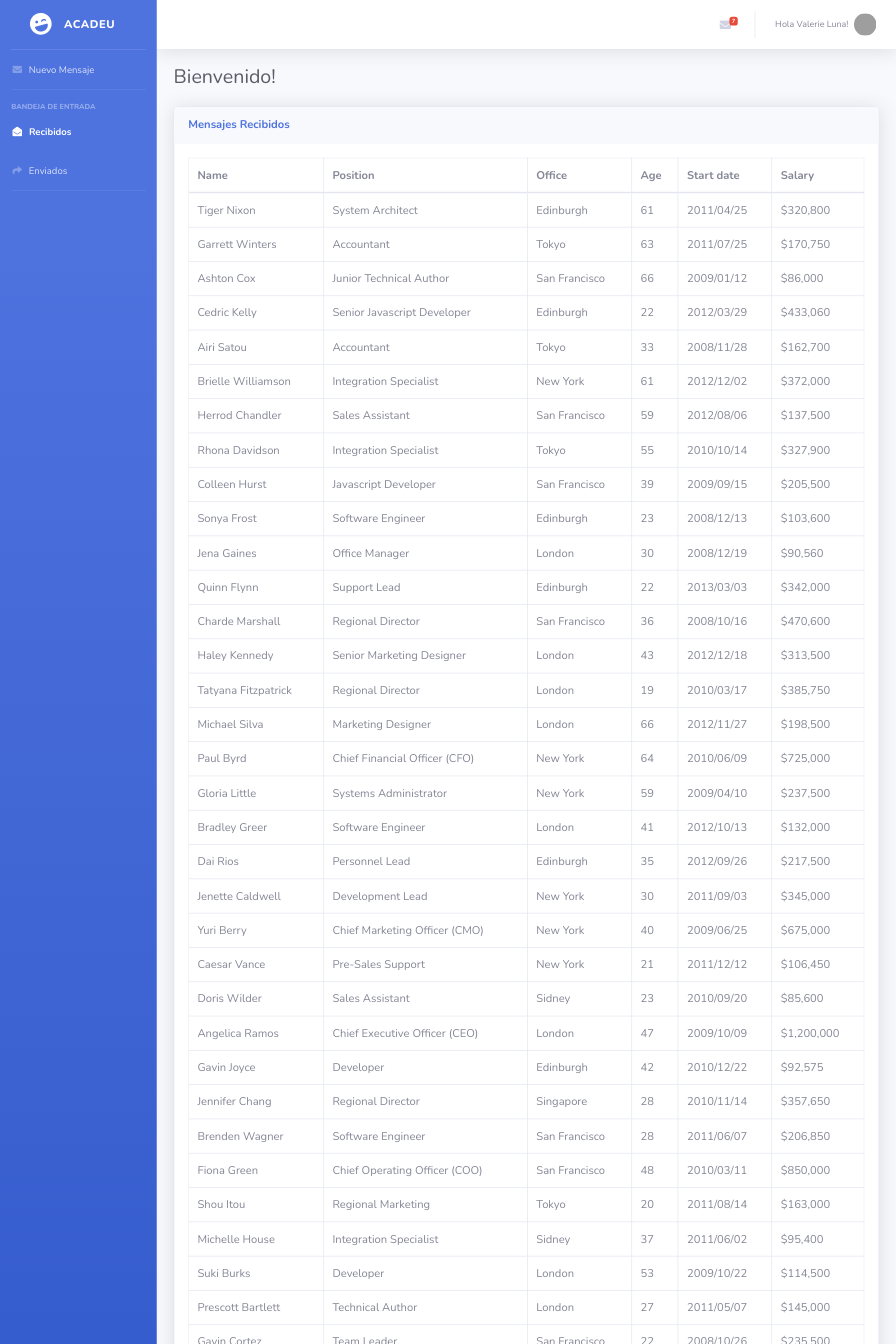
Repository: nicolask92/spring_java_test
Page: http://localhost/index
An editor plug-in stored every save of this project. The page is shown before and after the next save, followed by the edit.
The browser window is 1280 px wide. The pictures show the part of the page from y = 0 to 1920 px (the page is 3256 px tall before and 1033 px after), at 70% of full size.
Pictures or frames that could not be fetched are drawn as grey boxes. The page is this project's Thymeleaf template; nobody is signed in. Other server files are loaded and not shown. The template is opened directly, without the code that normally fills it, so the values that code supplies are empty.

Above is the page before, as saved 2020-06-13 20:23:20.

### spring-tutorial/src/main/resources/templates/index.html
<!DOCTYPE html>
<html xmlns:th="http://www.thymleaf.org">
<head>
<meta charset="utf-8" />
<meta http-equiv="X-UA-Compatible" content="IE=edge" />
<meta name="viewport"
	content="width=device-width, initial-scale=1, shrink-to-fit=no" />
<meta name="description" content="" />
<meta name="author" content="Nicolas Kloster" />

<title>Bandeja de Entrada</title>

<!-- Custom fonts for this template-->
<link th:href="@{/vendor/fontawesome-free/css/all.min.css}"
	rel="stylesheet" type="text/css" />
<link
	href="https://fonts.googleapis.com/css?family=Nunito:200,200i,300,300i,400,400i,600,600i,700,700i,800,800i,900,900i"
	rel="stylesheet" />

<!-- Custom styles for this template-->
<link th:href="@{/css/sb-admin-2.min.css}" rel="stylesheet" />

<!-- Custom styles for this page -->
<link th:href="@{/vendor/datatables/dataTables.bootstrap4.min.css}"
	rel="stylesheet">
</head>
<body id="page-top">

	<!-- Page Wrapper -->
	<div id="wrapper">

		<!-- Sidebar -->
		<ul
			class="navbar-nav bg-gradient-primary sidebar sidebar-dark accordion"
			id="accordionSidebar">

			<!-- Sidebar - Brand -->
			<a
				class="sidebar-brand d-flex align-items-center justify-content-center"
				href="index.html">
				<div class="sidebar-brand-icon rotate-n-15">
					<i class="fas fa-laugh-wink"></i>
				</div>
				<div class="sidebar-brand-text mx-3">Acadeu</div>
			</a>

			<!-- Divider -->
			<hr class="sidebar-divider my-0">

			<!-- Nuevo Mensaje-->
			<li class="nav-item"><a class="nav-link" href="index.html">
					<i class="fas fa-fw fa-envelope"></i> <span>Nuevo Mensaje</span>
			</a></li>

			<!-- Divider -->
			<hr class="sidebar-divider">

			<!-- Titulo Mensajes Barra Lateral -->
			<div class="sidebar-heading">Bandeja de Entrada</div>

			<!-- Recibidos y Enviados -->
			<li class="nav-item active"><a class="nav-link" href="#"> <i
					class="fas fa-fw fa-envelope-open"></i> <span>Recibidos</span>
			</a></li>


			<li class="nav-item"><a class="nav-link collapsed" href="#">
					<i class="fas fa-fw fa-share"></i> <span>Enviados</span>
			</a></li>

			<!-- Divider -->
			<hr class="sidebar-divider">


		</ul>
		<!-- End of Sidebar -->

		<!-- Content Wrapper -->
		<div id="content-wrapper" class="d-flex flex-column">

			<!-- Main Content -->
			<div id="content">

				<!-- Topbar -->
				<nav
					class="navbar navbar-expand navbar-light bg-white topbar mb-4 static-top shadow">

					<!-- Sidebar Toggle (Topbar) -->
					<button id="sidebarToggleTop"
						class="btn btn-link d-md-none rounded-circle mr-3">
						<i class="fa fa-bars"></i>
					</button>


					<!-- Topbar Navbar -->
					<ul class="navbar-nav ml-auto">


						<!-- Alertas Mensajes-->

						<li class="nav-item dropdown no-arrow mx-1"><a
							class="nav-link dropdown-toggle" href="#" id="messagesDropdown"
							role="button" data-toggle="dropdown" aria-haspopup="true"
							aria-expanded="false"> <i class="fas fa-envelope fa-fw"></i>
								<!-- Counter - Messages --> <span
								class="badge badge-danger badge-counter">7</span>
						</a> <!-- Dropdown - Messages -->
							<div
								class="dropdown-list dropdown-menu dropdown-menu-right shadow animated--grow-in"
								aria-labelledby="messagesDropdown">
								<h6 class="dropdown-header">Message Center</h6>
								<a class="dropdown-item d-flex align-items-center" href="#">
									<div class="dropdown-list-image mr-3">
										<img class="rounded-circle"
											src="https://source.unsplash.com/fn_BT9fwg_E/60x60" alt="">
										<div class="status-indicator bg-success"></div>
									</div>
									<div class="font-weight-bold">
										<div class="text-truncate">Hi there! I am wondering if
											you can help me with a problem I've been having.</div>
										<div class="small text-gray-500">Emily Fowler · 58m</div>
									</div>
								</a> <a class="dropdown-item d-flex align-items-center" href="#">
									<div class="dropdown-list-image mr-3">
										<img class="rounded-circle"
											src="https://source.unsplash.com/AU4VPcFN4LE/60x60" alt="">
										<div class="status-indicator"></div>
									</div>
									<div>
										<div class="text-truncate">I have the photos that you
											ordered last month, how would you like them sent to you?</div>
										<div class="small text-gray-500">Jae Chun · 1d</div>
									</div>
								</a> <a class="dropdown-item d-flex align-items-center" href="#">
									<div class="dropdown-list-image mr-3">
										<img class="rounded-circle"
											src="https://source.unsplash.com/CS2uCrpNzJY/60x60" alt="">
										<div class="status-indicator bg-warning"></div>
									</div>
									<div>
										<div class="text-truncate">Last month's report looks
											great, I am very happy with the progress so far, keep up the
											good work!</div>
										<div class="small text-gray-500">Morgan Alvarez · 2d</div>
									</div>
								</a> <a class="dropdown-item d-flex align-items-center" href="#">
									<div class="dropdown-list-image mr-3">
										<img class="rounded-circle"
											src="https://source.unsplash.com/Mv9hjnEUHR4/60x60" alt="">
										<div class="status-indicator bg-success"></div>
									</div>
									<div>
										<div class="text-truncate">Am I a good boy? The reason I
											ask is because someone told me that people say this to all
											dogs, even if they aren't good...</div>
										<div class="small text-gray-500">Chicken the Dog · 2w</div>
									</div>
								</a> <a class="dropdown-item text-center small text-gray-500"
									href="#">Read More Messages</a>
							</div></li>

						<div class="topbar-divider d-none d-sm-block"></div>

						<!-- Nav Item - Informacion de Usuario -->
						<li class="nav-item dropdown no-arrow"><a
							class="nav-link dropdown-toggle" href="#" id="userDropdown"
							role="button" data-toggle="dropdown" aria-haspopup="true"
							aria-expanded="false"> <span
								class="mr-2 d-none d-lg-inline text-gray-600 small">Hola
									Valerie Luna!</span> <img class="img-profile rounded-circle"
								src="https://source.unsplash.com/QAB-WJcbgJk/60x60">
						</a> <!-- Dropdown - Logout y Perfil -->
							<div
								class="dropdown-menu dropdown-menu-right shadow animated--grow-in"
								aria-labelledby="userDropdown">
								<a class="dropdown-item" href="#"> <i
									class="fas fa-user fa-sm fa-fw mr-2 text-gray-400"></i> Perfil
								</a>
								<div class="dropdown-divider"></div>
								<a class="dropdown-item" href="#" data-toggle="modal"
									data-target="#logoutModal"> <i
									class="fas fa-sign-out-alt fa-sm fa-fw mr-2 text-gray-400"></i>
									Cerrar Sesion
								</a>
							</div></li>

					</ul>

				</nav>
				<!-- Termina la barra superior -->

				<!-- Begin Page Content -->
				<div class="container-fluid">

					<!-- Page Heading -->
					<div
						class="d-sm-flex align-items-center justify-content-between mb-4">
						<h1 class="h3 mb-0 text-gray-800">Bienvenido!</h1>
					</div>

					<!-- Mensajes -->
					<div class="card shadow mb-4">
						<div class="card-header py-3">
							<h6 class="m-0 font-weight-bold text-primary">Mensajes Recibidos</h6>
						</div>
						<div class="card-body">
							<div class="table-responsive">
								<table class="table table-bordered" id="dataTable" width="100%"
									cellspacing="0">
									<thead>
										<tr>
											<th>Name</th>
											<th>Position</th>
											<th>Office</th>
											<th>Age</th>
											<th>Start date</th>
											<th>Salary</th>
										</tr>
									</thead>
									<tfoot>
										<tr>
											<th>Name</th>
											<th>Position</th>
											<th>Office</th>
											<th>Age</th>
											<th>Start date</th>
											<th>Salary</th>
										</tr>
									</tfoot>
									<tbody>
										<tr>
											<td>Tiger Nixon</td>
											<td>System Architect</td>
											<td>Edinburgh</td>
											<td>61</td>
											<td>2011/04/25</td>
											<td>$320,800</td>
										</tr>
										<tr>
											<td>Garrett Winters</td>
											<td>Accountant</td>
											<td>Tokyo</td>
											<td>63</td>
											<td>2011/07/25</td>
											<td>$170,750</td>
										</tr>
										<tr>
											<td>Ashton Cox</td>
											<td>Junior Technical Author</td>
											<td>San Francisco</td>
											<td>66</td>
											<td>2009/01/12</td>
											<td>$86,000</td>
										</tr>
										<tr>
											<td>Cedric Kelly</td>
											<td>Senior Javascript Developer</td>
											<td>Edinburgh</td>
											<td>22</td>
											<td>2012/03/29</td>
											<td>$433,060</td>
										</tr>
										<tr>
											<td>Airi Satou</td>
											<td>Accountant</td>
											<td>Tokyo</td>
											<td>33</td>
											<td>2008/11/28</td>
											<td>$162,700</td>
										</tr>
										<tr>
											<td>Brielle Williamson</td>
											<td>Integration Specialist</td>
											<td>New York</td>
											<td>61</td>
											<td>2012/12/02</td>
											<td>$372,000</td>
										</tr>
										<tr>
											<td>Herrod Chandler</td>
											<td>Sales Assistant</td>
											<td>San Francisco</td>
											<td>59</td>
											<td>2012/08/06</td>
											<td>$137,500</td>
										</tr>
										<tr>
											<td>Rhona Davidson</td>
											<td>Integration Specialist</td>
											<td>Tokyo</td>
											<td>55</td>
											<td>2010/10/14</td>
											<td>$327,900</td>
										</tr>
										<tr>
											<td>Colleen Hurst</td>
											<td>Javascript Developer</td>
											<td>San Francisco</td>
											<td>39</td>
											<td>2009/09/15</td>
											<td>$205,500</td>
										</tr>
										<tr>
											<td>Sonya Frost</td>
											<td>Software Engineer</td>
											<td>Edinburgh</td>
											<td>23</td>
											<td>2008/12/13</td>
											<td>$103,600</td>
										</tr>
										<tr>
											<td>Jena Gaines</td>
											<td>Office Manager</td>
											<td>London</td>
											<td>30</td>
											<td>2008/12/19</td>
											<td>$90,560</td>
										</tr>
										<tr>
											<td>Quinn Flynn</td>
											<td>Support Lead</td>
											<td>Edinburgh</td>
											<td>22</td>
											<td>2013/03/03</td>
											<td>$342,000</td>
										</tr>
										<tr>
											<td>Charde Marshall</td>
											<td>Regional Director</td>
											<td>San Francisco</td>
											<td>36</td>
											<td>2008/10/16</td>
											<td>$470,600</td>
										</tr>
										<tr>
											<td>Haley Kennedy</td>
											<td>Senior Marketing Designer</td>
											<td>London</td>
											<td>43</td>
											<td>2012/12/18</td>
											<td>$313,500</td>
										</tr>
										<tr>
											<td>Tatyana Fitzpatrick</td>
											<td>Regional Director</td>
											<td>London</td>
											<td>19</td>
											<td>2010/03/17</td>
											<td>$385,750</td>
										</tr>
										<tr>
											<td>Michael Silva</td>
											<td>Marketing Designer</td>
											<td>London</td>
											<td>66</td>
											<td>2012/11/27</td>
											<td>$198,500</td>
										</tr>
										<tr>
											<td>Paul Byrd</td>
											<td>Chief Financial Officer (CFO)</td>
											<td>New York</td>
											<td>64</td>
											<td>2010/06/09</td>
											<td>$725,000</td>
										</tr>
										<tr>
											<td>Gloria Little</td>
											<td>Systems Administrator</td>
											<td>New York</td>
											<td>59</td>
											<td>2009/04/10</td>
											<td>$237,500</td>
										</tr>
										<tr>
											<td>Bradley Greer</td>
											<td>Software Engineer</td>
											<td>London</td>
											<td>41</td>
											<td>2012/10/13</td>
											<td>$132,000</td>
										</tr>
										<tr>
											<td>Dai Rios</td>
											<td>Personnel Lead</td>
											<td>Edinburgh</td>
											<td>35</td>
											<td>2012/09/26</td>
											<td>$217,500</td>
										</tr>
										<tr>
											<td>Jenette Caldwell</td>
											<td>Development Lead</td>
											<td>New York</td>
											<td>30</td>
											<td>2011/09/03</td>
											<td>$345,000</td>
										</tr>
										<tr>
											<td>Yuri Berry</td>
											<td>Chief Marketing Officer (CMO)</td>
											<td>New York</td>
											<td>40</td>
											<td>2009/06/25</td>
											<td>$675,000</td>
										</tr>
										<tr>
											<td>Caesar Vance</td>
											<td>Pre-Sales Support</td>
											<td>New York</td>
											<td>21</td>
											<td>2011/12/12</td>
											<td>$106,450</td>
										</tr>
										<tr>
											<td>Doris Wilder</td>
											<td>Sales Assistant</td>
											<td>Sidney</td>
											<td>23</td>
											<td>2010/09/20</td>
											<td>$85,600</td>
										</tr>
										<tr>
											<td>Angelica Ramos</td>
											<td>Chief Executive Officer (CEO)</td>
											<td>London</td>
											<td>47</td>
											<td>2009/10/09</td>
											<td>$1,200,000</td>
										</tr>
										<tr>
											<td>Gavin Joyce</td>
											<td>Developer</td>
											<td>Edinburgh</td>
											<td>42</td>
											<td>2010/12/22</td>
											<td>$92,575</td>
										</tr>
										<tr>
											<td>Jennifer Chang</td>
											<td>Regional Director</td>
											<td>Singapore</td>
											<td>28</td>
											<td>2010/11/14</td>
											<td>$357,650</td>
										</tr>
										<tr>
											<td>Brenden Wagner</td>
											<td>Software Engineer</td>
											<td>San Francisco</td>
											<td>28</td>
											<td>2011/06/07</td>
											<td>$206,850</td>
										</tr>
										<tr>
											<td>Fiona Green</td>
											<td>Chief Operating Officer (COO)</td>
											<td>San Francisco</td>
											<td>48</td>
											<td>2010/03/11</td>
											<td>$850,000</td>
										</tr>
										<tr>
											<td>Shou Itou</td>
											<td>Regional Marketing</td>
											<td>Tokyo</td>
											<td>20</td>
											<td>2011/08/14</td>
											<td>$163,000</td>
										</tr>
										<tr>
											<td>Michelle House</td>
											<td>Integration Specialist</td>
											<td>Sidney</td>
											<td>37</td>
											<td>2011/06/02</td>
											<td>$95,400</td>
										</tr>
										<tr>
											<td>Suki Burks</td>
											<td>Developer</td>
											<td>London</td>
											<td>53</td>
											<td>2009/10/22</td>
											<td>$114,500</td>
										</tr>
										<tr>
											<td>Prescott Bartlett</td>
											<td>Technical Author</td>
											<td>London</td>
											<td>27</td>
											<td>2011/05/07</td>
											<td>$145,000</td>
										</tr>
										<tr>
											<td>Gavin Cortez</td>
											<td>Team Leader</td>
											<td>San Francisco</td>
											<td>22</td>
											<td>2008/10/26</td>
											<td>$235,500</td>
										</tr>
										<tr>
											<td>Martena Mccray</td>
											<td>Post-Sales support</td>
											<td>Edinburgh</td>
											<td>46</td>
											<td>2011/03/09</td>
											<td>$324,050</td>
										</tr>
										<tr>
											<td>Unity Butler</td>
											<td>Marketing Designer</td>
											<td>San Francisco</td>
											<td>47</td>
											<td>2009/12/09</td>
											<td>$85,675</td>
										</tr>
										<tr>
											<td>Howard Hatfield</td>
											<td>Office Manager</td>
											<td>San Francisco</td>
											<td>51</td>
											<td>2008/12/16</td>
											<td>$164,500</td>
										</tr>
										<tr>
											<td>Hope Fuentes</td>
											<td>Secretary</td>
											<td>San Francisco</td>
											<td>41</td>
											<td>2010/02/12</td>
											<td>$109,850</td>
										</tr>
										<tr>
											<td>Vivian Harrell</td>
											<td>Financial Controller</td>
											<td>San Francisco</td>
											<td>62</td>
											<td>2009/02/14</td>
											<td>$452,500</td>
										</tr>
										<tr>
											<td>Timothy Mooney</td>
											<td>Office Manager</td>
											<td>London</td>
											<td>37</td>
											<td>2008/12/11</td>
											<td>$136,200</td>
										</tr>
										<tr>
											<td>Jackson Bradshaw</td>
											<td>Director</td>
											<td>New York</td>
											<td>65</td>
											<td>2008/09/26</td>
											<td>$645,750</td>
										</tr>
										<tr>
											<td>Olivia Liang</td>
											<td>Support Engineer</td>
											<td>Singapore</td>
											<td>64</td>
											<td>2011/02/03</td>
											<td>$234,500</td>
										</tr>
										<tr>
											<td>Bruno Nash</td>
											<td>Software Engineer</td>
											<td>London</td>
											<td>38</td>
											<td>2011/05/03</td>
											<td>$163,500</td>
										</tr>
										<tr>
											<td>Sakura Yamamoto</td>
											<td>Support Engineer</td>
											<td>Tokyo</td>
											<td>37</td>
											<td>2009/08/19</td>
											<td>$139,575</td>
										</tr>
										<tr>
											<td>Thor Walton</td>
											<td>Developer</td>
											<td>New York</td>
											<td>61</td>
											<td>2013/08/11</td>
											<td>$98,540</td>
										</tr>
										<tr>
											<td>Finn Camacho</td>
											<td>Support Engineer</td>
											<td>San Francisco</td>
											<td>47</td>
											<td>2009/07/07</td>
											<td>$87,500</td>
										</tr>
										<tr>
											<td>Serge Baldwin</td>
											<td>Data Coordinator</td>
											<td>Singapore</td>
											<td>64</td>
											<td>2012/04/09</td>
											<td>$138,575</td>
										</tr>
										<tr>
											<td>Zenaida Frank</td>
											<td>Software Engineer</td>
											<td>New York</td>
											<td>63</td>
											<td>2010/01/04</td>
											<td>$125,250</td>
										</tr>
										<tr>
											<td>Zorita Serrano</td>
											<td>Software Engineer</td>
											<td>San Francisco</td>
											<td>56</td>
											<td>2012/06/01</td>
											<td>$115,000</td>
										</tr>
										<tr>
											<td>Jennifer Acosta</td>
											<td>Junior Javascript Developer</td>
											<td>Edinburgh</td>
											<td>43</td>
											<td>2013/02/01</td>
											<td>$75,650</td>
										</tr>
										<tr>
											<td>Cara Stevens</td>
											<td>Sales Assistant</td>
											<td>New York</td>
											<td>46</td>
											<td>2011/12/06</td>
											<td>$145,600</td>
										</tr>
										<tr>
											<td>Hermione Butler</td>
											<td>Regional Director</td>
											<td>London</td>
											<td>47</td>
											<td>2011/03/21</td>
											<td>$356,250</td>
										</tr>
										<tr>
											<td>Lael Greer</td>
											<td>Systems Administrator</td>
											<td>London</td>
											<td>21</td>
											<td>2009/02/27</td>
											<td>$103,500</td>
										</tr>
										<tr>
											<td>Jonas Alexander</td>
											<td>Developer</td>
											<td>San Francisco</td>
											<td>30</td>
											<td>2010/07/14</td>
											<td>$86,500</td>
										</tr>
										<tr>
											<td>Shad Decker</td>
											<td>Regional Director</td>
											<td>Edinburgh</td>
											<td>51</td>
											<td>2008/11/13</td>
											<td>$183,000</td>
										</tr>
										<tr>
											<td>Michael Bruce</td>
											<td>Javascript Developer</td>
											<td>Singapore</td>
											<td>29</td>
											<td>2011/06/27</td>
											<td>$183,000</td>
										</tr>
										<tr>
											<td>Donna Snider</td>
											<td>Customer Support</td>
											<td>New York</td>
											<td>27</td>
											<td>2011/01/25</td>
											<td>$112,000</td>
										</tr>
									</tbody>
								</table>
							</div>
						</div>
					</div>

				</div>
				<!-- /.container-fluid -->

			</div>
			<!-- End of Main Content -->

			<!-- Footer -->
			<footer class="sticky-footer bg-white">
				<div class="container my-auto">
					<div class="copyright text-center my-auto">
						<span>Copyright &copy; Acadeu 2020</span>
					</div>
				</div>
			</footer>
			<!-- End of Footer -->

		</div>
		<!-- End of Content Wrapper -->

	</div>
	<!-- End of Page Wrapper -->

	<!-- Scroll to Top Button-->
	<a class="scroll-to-top rounded" href="#page-top"> <i
		class="fas fa-angle-up"></i>
	</a>

	<!-- Logout Modal-->
	<div class="modal fade" id="logoutModal" tabindex="-1" role="dialog"
		aria-labelledby="exampleModalLabel" aria-hidden="true">
		<div class="modal-dialog" role="document">
			<div class="modal-content">
				<div class="modal-header">
					<h5 class="modal-title" id="exampleModalLabel">Ready to Leave?</h5>
					<button class="close" type="button" data-dismiss="modal"
						aria-label="Close">
						<span aria-hidden="true">×</span>
					</button>
				</div>
				<div class="modal-body">Select "Logout" below if you are ready
					to end your current session.</div>
				<div class="modal-footer">
					<button class="btn btn-secondary" type="button"
						data-dismiss="modal">Cancel</button>
					<a class="btn btn-primary" href="login.html">Logout</a>
				</div>
			</div>
		</div>
	</div>

	<!-- Bootstrap core JavaScript-->
	<script th:src="@{/vendor/jquery/jquery.min.js}"></script>
	<script th:src="@{/vendor/bootstrap/js/bootstrap.bundle.min.js}"></script>

	<!-- Core plugin JavaScript-->
	<script th:src="@{/vendor/jquery-easing/jquery.easing.min.js}"></script>

	<!-- Custom scripts for all pages-->
	<script th:src="@{/js/sb-admin-2.min.js}"></script>

	<!-- Page level plugins -->


</body>
</html>

Loaded but not shown: spring-tutorial/src/main/resources/static/css/sb-admin-2.min.css (library); spring-tutorial/src/main/resources/static/js/sb-admin-2.min.js (common file); spring-tutorial/src/main/resources/static/js/demo/datatables-demo.js (common file)

After the next save:
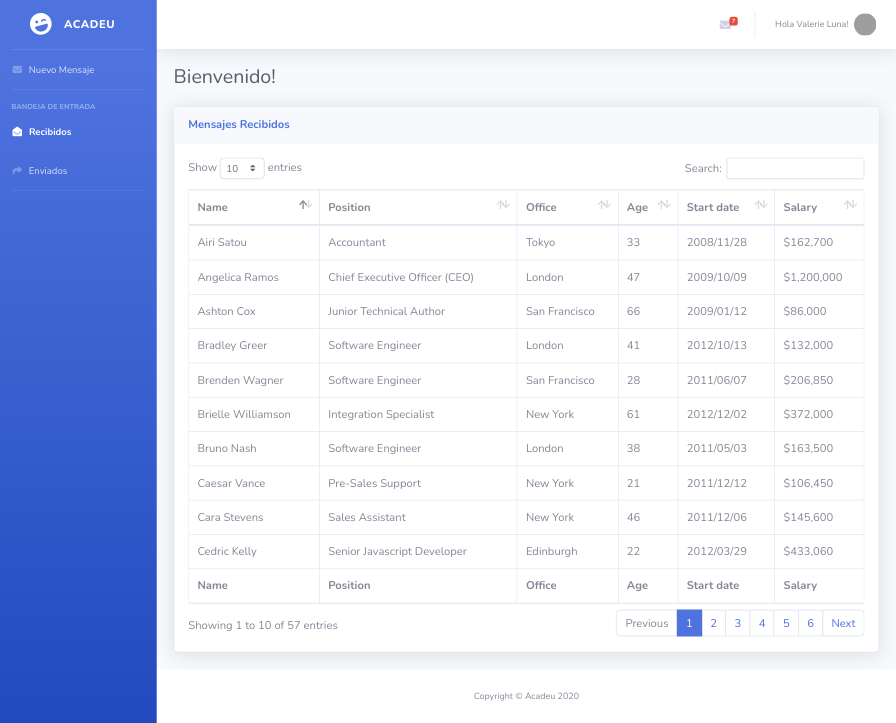
Saved 70 s later.
--- a/spring-tutorial/src/main/resources/templates/index.html
+++ b/spring-tutorial/src/main/resources/templates/index.html
@@ -751,7 +751,11 @@
 	<script th:src="@{/js/sb-admin-2.min.js}"></script>
 
 	<!-- Page level plugins -->
-
+	<script th:src="@{/vendor/datatables/jquery.dataTables.min.js}"></script>
+	<script th:src="@{/vendor/datatables/dataTables.bootstrap4.min.js}"></script>
+
+	<!-- Page level custom scripts -->
+	<script th:src="@{/js/demo/datatables-demo.js}"></script>
 
 </body>
 </html>
